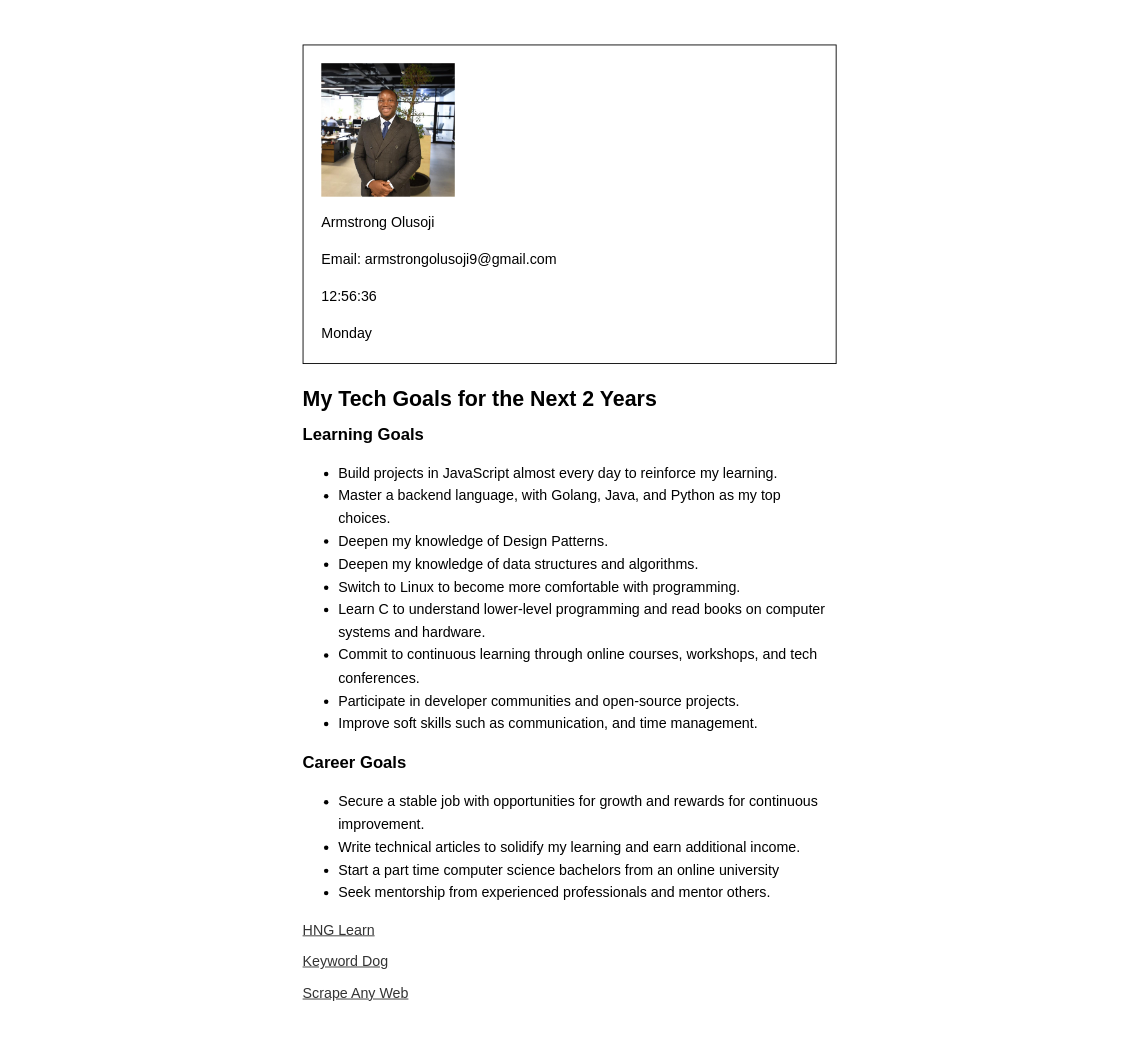
Repository: Armstrong2035/hng-project-one
Page: index.html
The author's editor kept a copy of each file at every save. The page is drawn from the files as they stood at one save, then again after the next save.
The browser window is 1280 px wide. The pictures show the whole page, at 89% of full size.

Above is the page before, as saved 2024-07-01 16:58:58.

After the next save:
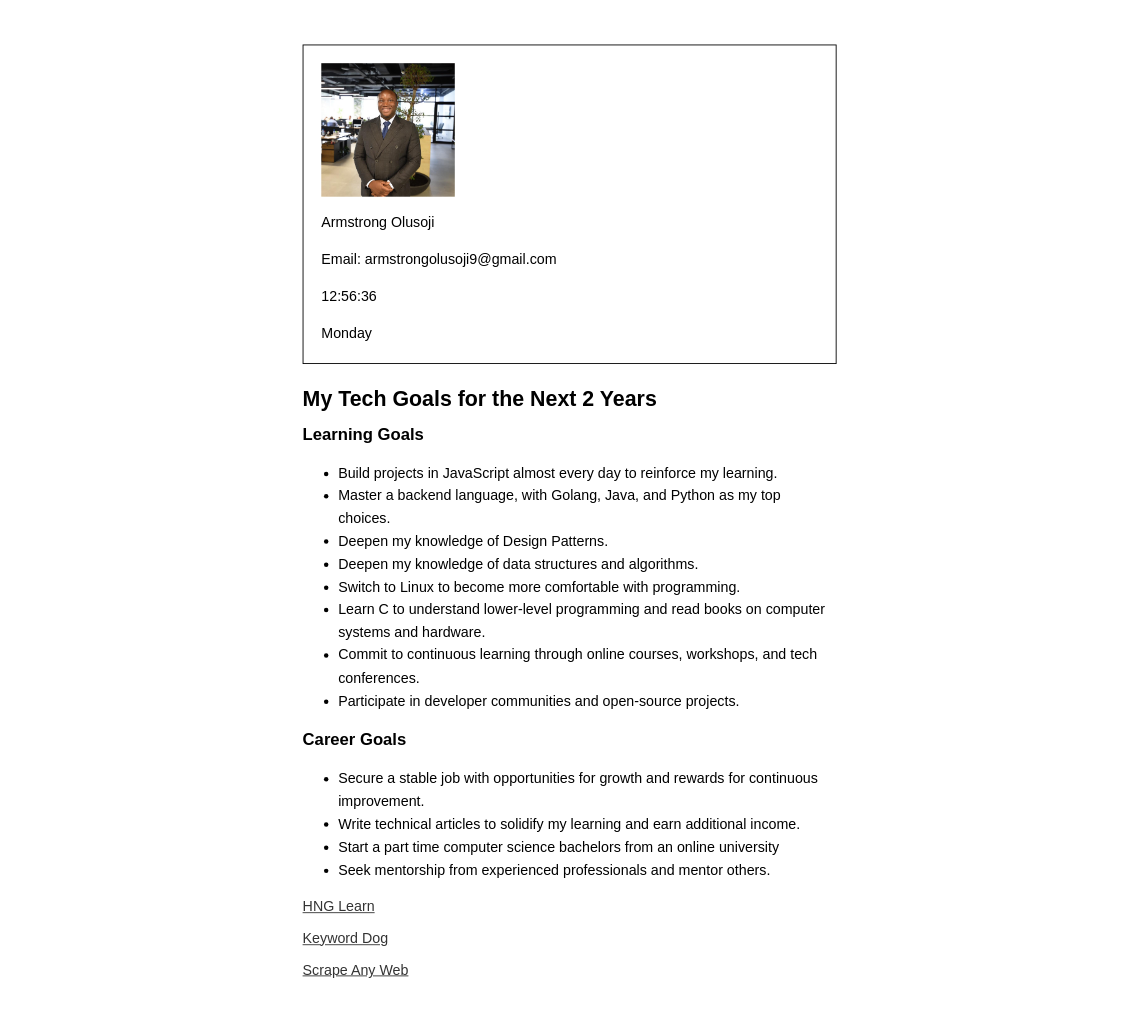
Saved 6 s later.
--- a/index.html
+++ b/index.html
@@ -55,9 +55,6 @@
             <li>
               Participate in developer communities and open-source projects.
             </li>
-            <li>
-              Improve soft skills such as communication, and time management.
-            </li>
           </ul>
         </div>
         <div class="career-goals">
